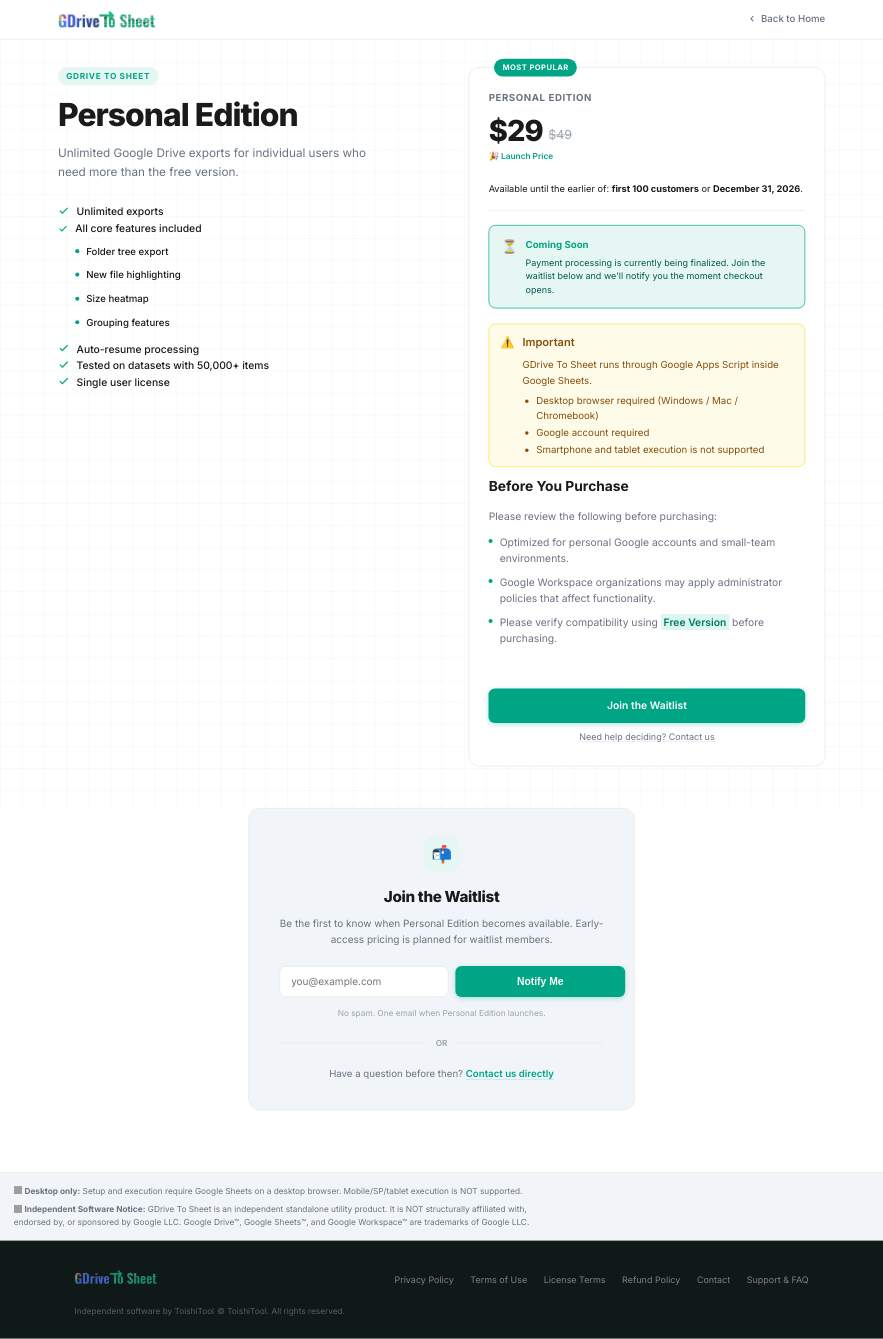
Repository: toishitool/gdrive-to-sheet
Page: personal-edition.html
These files come from the project's save history. The page is drawn as it stood at one moment and after the next save; the edit follows.
The browser window is 1280 px wide. The pictures show the whole page, at 69% of full size.
Pictures or frames that could not be fetched are drawn as grey boxes.

Above is the page before, as saved 2026-06-24 17:05:30.

### personal-edition.html
<!DOCTYPE html>
<html lang="en" class="scroll-smooth">

<head>
  <meta charset="UTF-8" />
  <meta name="viewport" content="width=device-width, initial-scale=1.0" />
  <title>Personal Edition – GDrive To Sheet</title>
  <meta name="description"
    content="Unlimited Google Drive exports for individual users. Personal Edition launch pricing — coming soon." />
  <link rel="canonical" href="https://toishitool.github.io/gdrive-to-sheet/personal-edition.html" />

  <link rel="preconnect" href="https://fonts.googleapis.com" />
  <link rel="preconnect" href="https://fonts.gstatic.com" crossorigin />
  <link href="https://fonts.googleapis.com/css2?family=Inter:wght@300;400;500;600;700;800&display=swap"
    rel="stylesheet" />

  <link rel="stylesheet" href="style.css">
</head>

<body>
  <div id="header-container"></div>
  <section class="hero grid-bg" aria-label="Personal Edition">
    <div class="container">
      <div class="hero-grid">

        <div class="hero-copy">
          <span class="eyebrow">GDrive To Sheet</span>
          <h1>Personal Edition</h1>
          <p class="sub">Unlimited Google Drive exports for individual users who need more than the free version.</p>
          <div class="feature-container">
            <ul class="feature-list">
              <li><svg width="17" height="17" fill="none" stroke="currentColor" stroke-width="2.5" viewBox="0 0 24 24">
                  <polyline points="20 6 9 17 4 12" />
                </svg> Unlimited exports</li>
              <li style="display: block;">
                <div style="display: flex; align-items: center; gap: 10px;">
                  <svg width="15" height="15" fill="none" stroke="var(--primary)" stroke-width="2.5"
                    viewBox="0 0 24 24">
                    <polyline points="20 6 9 17 4 12" />
                  </svg>
                  <span>All core features included</span>
                </div>
                <ul
                  style="list-style: none; padding-left: 25px; margin-top: 10px; margin-bottom: 16px; display: flex; flex-direction: column; gap: 12px;">
                  <li style="display: flex; align-items: center; gap: 10px; font-size: 14px;">
                    <span
                      style="width: 6px; height: 6px; background-color: var(--primary); border-radius: 50%; flex-shrink: 0;"></span>
                    <span>Folder tree export</span>
                  </li>
                  <li style="display: flex; align-items: center; gap: 10px; font-size: 14px;">
                    <span
                      style="width: 6px; height: 6px; background-color: var(--primary); border-radius: 50%; flex-shrink: 0;"></span>
                    <span>New file highlighting</span>
                  </li>
                  <li style="display: flex; align-items: center; gap: 10px; font-size: 14px;">
                    <span
                      style="width: 6px; height: 6px; background-color: var(--primary); border-radius: 50%; flex-shrink: 0;"></span>
                    <span>Size heatmap</span>
                  </li>
                  <li style="display: flex; align-items: center; gap: 10px; font-size: 14px;">
                    <span
                      style="width: 6px; height: 6px; background-color: var(--primary); border-radius: 50%; flex-shrink: 0;"></span>
                    <span>Grouping features</span>
                  </li>
                </ul>
              </li>
              <li><svg width="17" height="17" fill="none" stroke="currentColor" stroke-width="2.5" viewBox="0 0 24 24">
                  <polyline points="20 6 9 17 4 12" />
                </svg> Auto-resume processing</li>
              <li><svg width="17" height="17" fill="none" stroke="currentColor" stroke-width="2.5" viewBox="0 0 24 24">
                  <polyline points="20 6 9 17 4 12" />
                </svg> Tested on datasets with 50,000+ items</li>
              <li><svg width="17" height="17" fill="none" stroke="currentColor" stroke-width="2.5" viewBox="0 0 24 24">
                  <polyline points="20 6 9 17 4 12" />
                </svg> Single user license</li>

            </ul>
          </div>
        </div>
        <div class="price-card">
          <span class="price-card-badge">Most Popular</span>
          <div class="price-name">Personal Edition</div>
          <div class="price-amount">
            <span class="price-now">$29</span>
            <span class="price-was">$49</span>
          </div>
          <div class="price-label-row">
            <span class="launch">🎉 Launch Price</span>
          </div>
          <div class="launch-notice">
            <small> Available until the earlier of: <strong>first 100 customers</strong> or <strong>December 31, 2026</strong>. </small> </div>
          <div class="price-divider"></div>

          <div class="coming-soon">
            <span class="cs-icon">⏳</span>
            <div>
              <h3>Coming Soon</h3>
              <p>Payment processing is currently being finalized. Join the waitlist below and we'll notify you the
                moment checkout opens.</p>
            </div>
          </div>


                    <div class="highlight-card light-notice">
  <span class="cs-icon">⚠️</span>
  <div><h3>Important</h3><p>
    GDrive To Sheet runs through Google Apps Script inside Google Sheets.
  </p>

  <ul>
    <li>Desktop browser required (Windows / Mac / Chromebook)</li>
    <li>Google account required</li>
    <li>Smartphone and tablet execution is not supported</li>
  </ul>
</div></div>

          <div class="policy-section">
            <h2>Before You Purchase</h2>
            <p>Please review the following before purchasing:</p>
            <ul>
              <li>Optimized for personal Google accounts and small-team environments.</li>
              <li>Google Workspace organizations may apply administrator policies that affect functionality.</li>
              <li>
                <div>Please verify compatibility using <a href="free-download.html"
                    class="hover-underline bg-highlight"><strong style="color: var(--primary-dark);">Free
                      Version</strong></a> before purchasing.</div>
              </li>

            </ul>
          </div>

          <a href="#waitlist" class="btn btn-primary price-card-btn">Join the Waitlist</a>
          <a href="#waitlist" class="price-secondary-link">Need help deciding? Contact us</a>
        </div>
      </div>
    </div>
  </section>

  <section class="waitlist" id="waitlist" aria-labelledby="waitlist-heading">
    <div class="container">
      <div class="waitlist-card">
        <div class="w-icon">📬</div>
        <h2 id="waitlist-heading">Join the Waitlist</h2>
        <p class="desc">Be the first to know when Personal Edition becomes available.
          Early-access pricing is planned for waitlist members.</p>

        <form class="waitlist-form" id="waitlist-form"
          action="https://docs.google.com/forms/d/e/1FAIpQLSe7KbdaFORFnTP64CwD7AC8NbCqmuysNHLGelfU1iEScVxCIA/formResponse"
          method="POST" target="hidden_iframe" >

          <input type="email" name="entry.1918369019" placeholder="you@example.com" required
            aria-label="Email address" />
          <button type="submit" class="btn btn-primary">Notify Me</button>
        </form>
        <iframe name="hidden_iframe" id="hidden_iframe" style="display:none;"></iframe>


        <div class="waitlist-success" id="waitlist-success" style="display:none;">
          <svg width="16" height="16" fill="none" stroke="currentColor" stroke-width="2.5" viewBox="0 0 24 24">
            <polyline points="20 6 9 17 4 12" />
          </svg>
          Thanks! We'll email you when checkout opens.
        </div>

        <!-- 4. JavaScript処理 -->
        <p class="waitlist-note">No spam. One email when Personal Edition launches.</p>
        <div class="waitlist-divider">OR</div>
        <p style="font-size:14px;color:var(--text-muted);">
          Have a question before then? <a href="mailto:toishitool@gmail.com" class="contact-link">Contact us
            directly</a>
        </p>
      </div>
    </div>
  </section>


  <div id="notice-container"></div>
  <div id="footer-container"></div>
  <script src="js/common.js"></script>



</body>

</html>

### header.html
<nav aria-label="Main navigation">
  <div class="nav-inner">
    <a href="index.html" class="nav-logo">
      <img src="images/logo_gdrivetosheet.png" alt="GDrive To Sheet" />
    </a>
    <a href="index.html" class="nav-back hover-underline">
      <svg width="14" height="14" fill="none" stroke="currentColor" stroke-width="2.5" viewBox="0 0 24 24"><polyline points="15 18 9 12 15 6"/></svg>
      Back to Home
    </a>
  </div>
</nav>

### footer.html
<footer role="contentinfo" class="footer">
  <div class="container">
    <div class="footer-inner">
      <a href="index.html" class="footer-logo">
        <img src="images/logo_gdrivetosheet_dk.png" alt="GDrive To Sheet Home" />
      </a>

      <div class="footer-links">
        <a href="privacy-policy.html">Privacy Policy</a>
        <a href="terms.html">Terms of Use</a>
        <a href="license.html">License Terms</a>
        <a href="refund-policy.html">Refund Policy</a>
        <a href="contact.html">Contact</a>
        <a href="support.html">Support &amp; FAQ</a>
      </div>

      <div class="footer-bottom-text">
        <span class="footer-copy">Independent software by ToishiTool</span>
        <span class="footer-copy">
          © <span id="year"></span> ToishiTool. All rights reserved.
        </span>

        <script>
          document.getElementById("year").textContent =
            new Date().getFullYear();
        </script>
      </div>
    </div>
  </div>
</footer>

### notice.html

<div class="notice-block">
  <p> <img src="https://cdn.jsdelivr.net/gh/twitter/twemoji@14.0.2/assets/72x72/1f4bb.png" alt="💻" style="width: 1em; height: 1em; vertical-align: -0.1em;">
     <strong>Desktop only:</strong> Setup and execution require Google Sheets on a desktop browser. Mobile/SP/tablet execution is NOT supported. </p>
    <p><img src="https://fonts.gstatic.com/s/e/notoemoji/latest/1f54a/emoji.svg" alt="🕊️" style="width: 1em; height: 1em; vertical-align: -0.1em;">
      <strong>Independent Software Notice:</strong> GDrive To Sheet is an independent standalone utility
      product. It is NOT structurally affiliated with, endorsed by, or sponsored by Google LLC. Google Drive™, Google
      Sheets™, and Google Workspace™ are trademarks of Google LLC.</p>
  </div>

Loaded but not shown: js/common.js (157 lines, source omitted); style.css (3442 lines, source omitted)

After the next save:
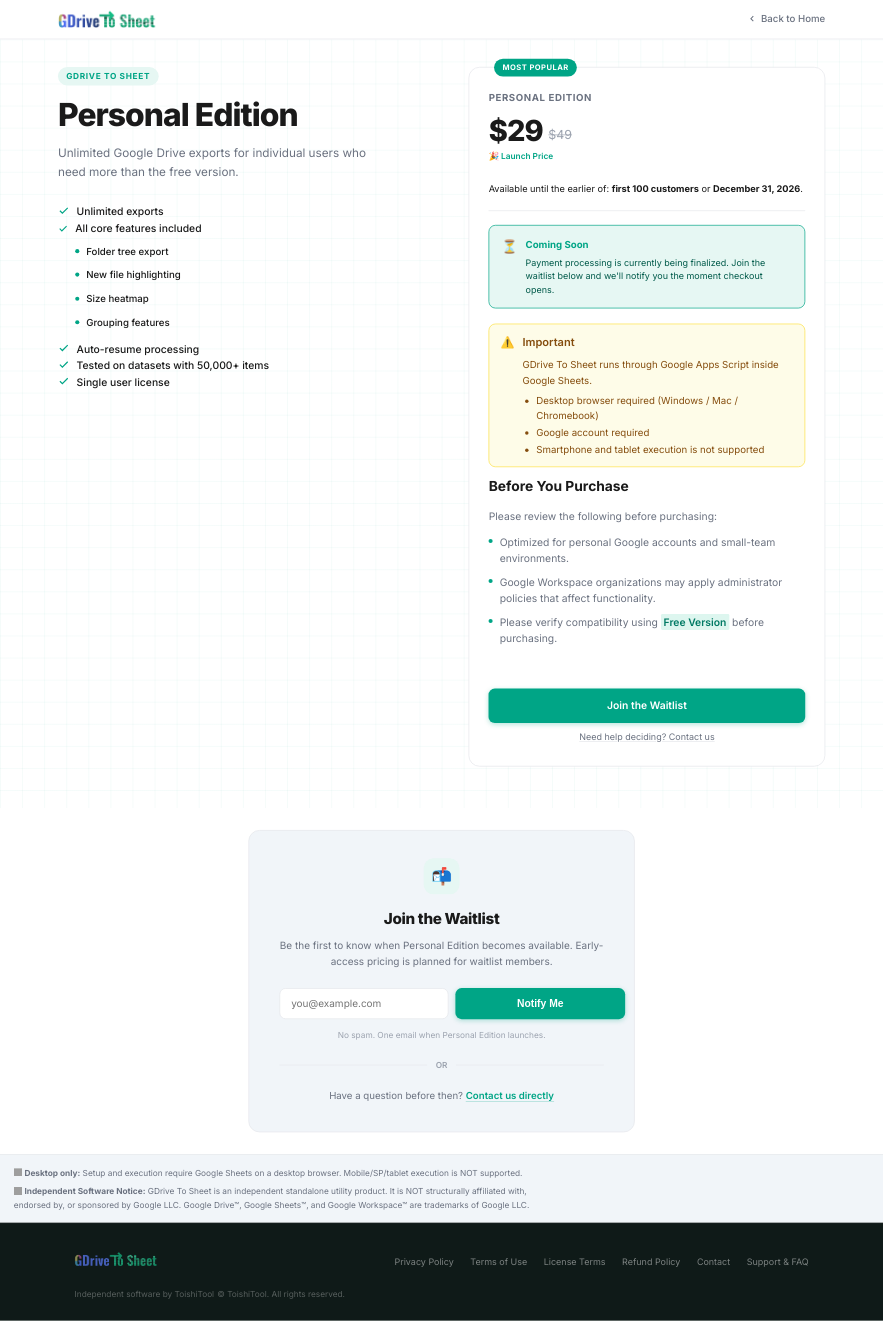
Saved 2 h 57 min later.
--- a/personal-edition.html
+++ b/personal-edition.html
@@ -136,7 +136,9 @@
     </div>
   </section>
 
-  <section class="waitlist" id="waitlist" aria-labelledby="waitlist-heading">
+  <section class="waitlist" id="waitlist" aria-labelledby="waitlist-heading" style="
+    padding: 32px 0;
+">
     <div class="container">
       <div class="waitlist-card">
         <div class="w-icon">📬</div>
@@ -174,7 +176,7 @@
   </section>
 
 
-  <div id="notice-container"></div>
+  <div id="notice-container" class="notice-container"></div>
   <div id="footer-container"></div>
   <script src="js/common.js"></script>
 
